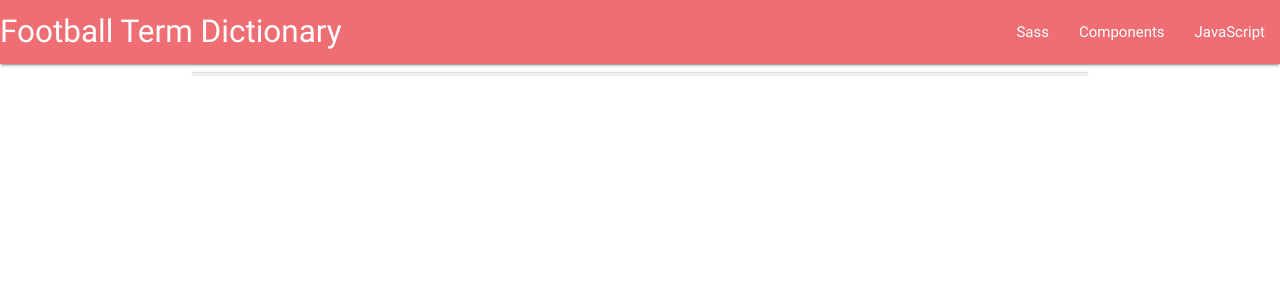
Repository: BLMcDonald/Milestone3
Page: http://localhost/
The author's editor kept a record of every edit. The page is drawn from the files as they stood at one moment, then again after the next edit.
The browser window is 1280 px wide. The pictures show the whole page.
Some web libraries are served in a nearby version. The page is served by the project's application, run on Flask 3 (app.py). Queries for data that is not in the repository find no rows.

Above is the page before.

After the next edit:
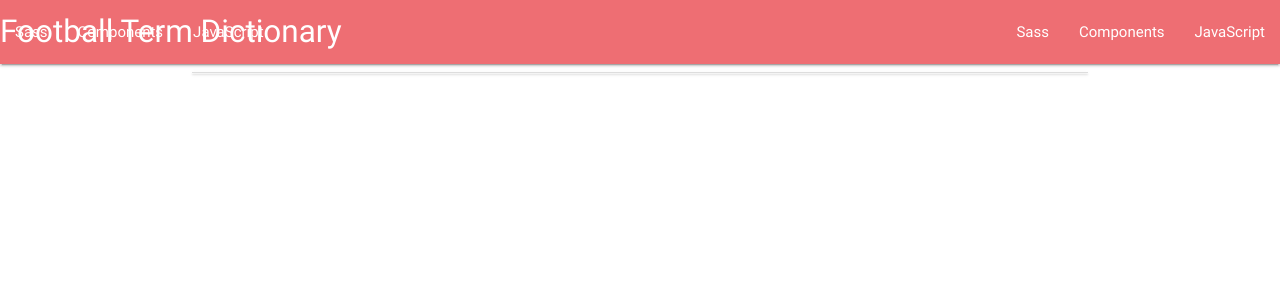
The edit:
--- a/templates/base.html
+++ b/templates/base.html
@@ -11,6 +11,11 @@
             <div class="nav-wrapper">
                 <a href="#" class="brand-logo">Football Term Dictionary</a>
                 <ul id="nav-mobile" class="right hide-on-med-and-down">
+                    <li><a href="sass.html">Sass</a></li>
+                    <li><a href="badges.html">Components</a></li>
+                    <li><a href="collapsible.html">JavaScript</a></li>
+                </ul>
+                <ul class="sidenav" id="mobile-demo">
                     <li><a href="sass.html">Sass</a></li>
                     <li><a href="badges.html">Components</a></li>
                     <li><a href="collapsible.html">JavaScript</a></li>
